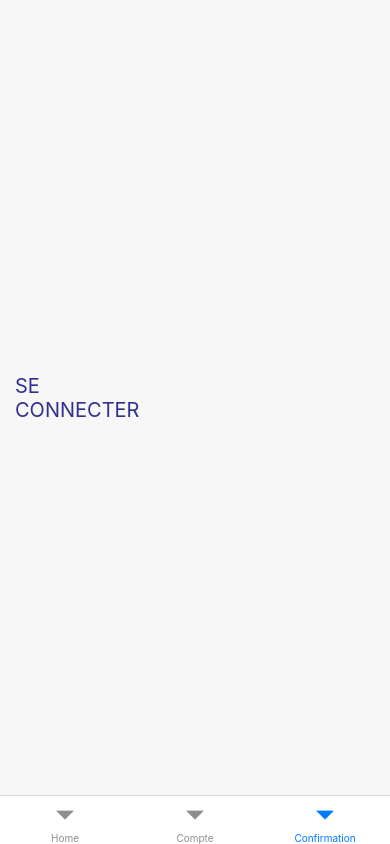
Repository: Norlan-20/Last-Afrilink
Screen: /Confirmation
An editor plug-in stored every save of this project. The screen is shown before and after the next save, followed by the edit.
The app was drawn by React Native's web renderer in a window 390 px wide. The project was rebuilt for these pictures with package versions that can differ from the ones it lists, and the page was loaded fresh each time. Also part of the build but not shown: screen/User.js, component/button.js, screen/Confirmation.js.

Above is the screen before, as saved 2021-09-25 04:11:49.

After the next save:
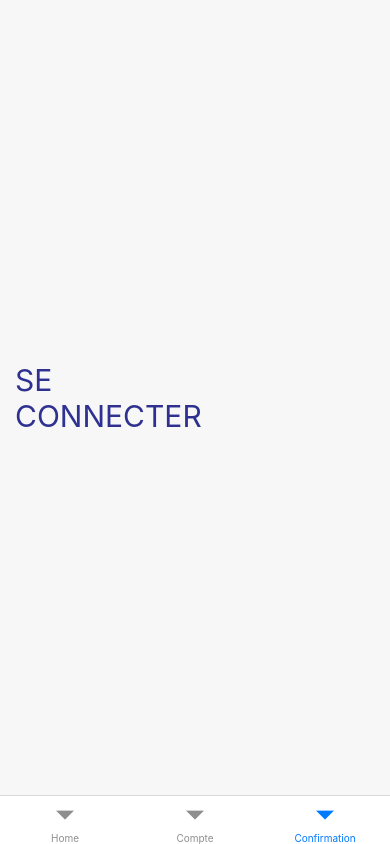
Saved 38 s later.
--- a/screen/Connexion.js
+++ b/screen/Connexion.js
@@ -23,7 +23,7 @@ const styles = StyleSheet.create({
         backgroundColor: fond,
     },
     pageTitle: {
-        fontSize: 20,
+        fontSize: 30,
         color: primary,
     },
 });
